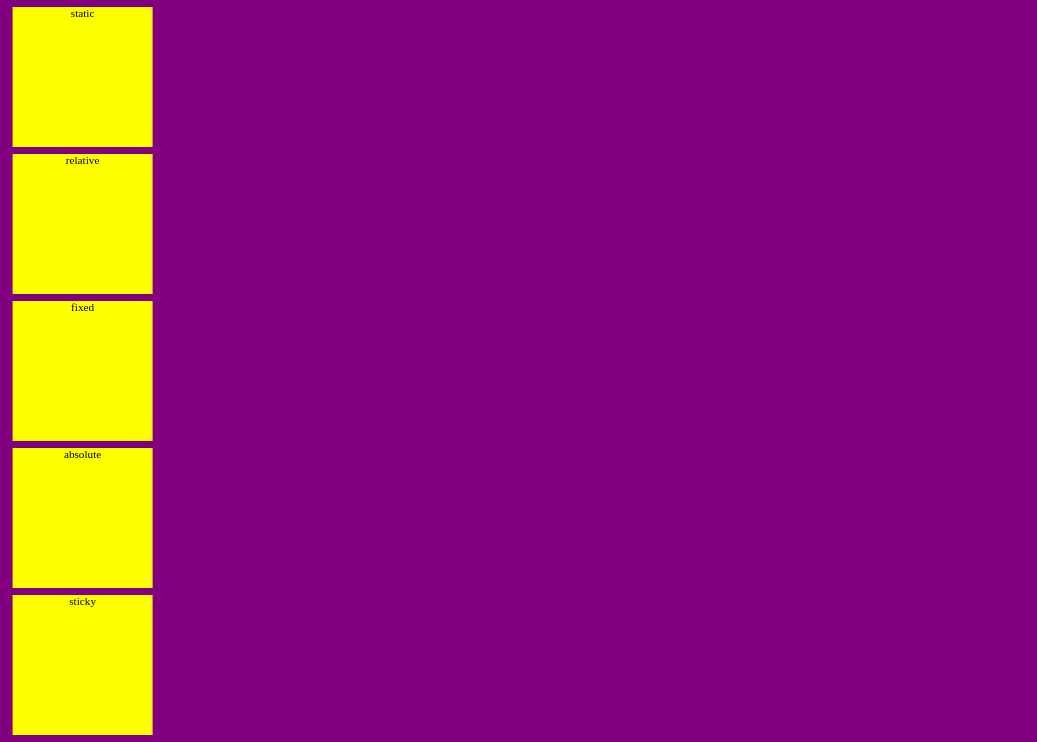
Repository: quenrythane/homepage
Page: CSS positions/CSS-positions.html
An editor plug-in stored every save of this project. The page is shown before and after the next save, followed by the edit.
The browser window is 1280 px wide. The page is 1280 px wide, then 1482 px, so the pictures cover 1482 px, including what lies to the right of the window. The pictures show the part of the page from y = 0 to 1640 px (the page is 1060 px tall before and 7380 px after), at 70% of full size.

Above is the page before, as saved 2020-10-10 14:10:16.

After the next save:
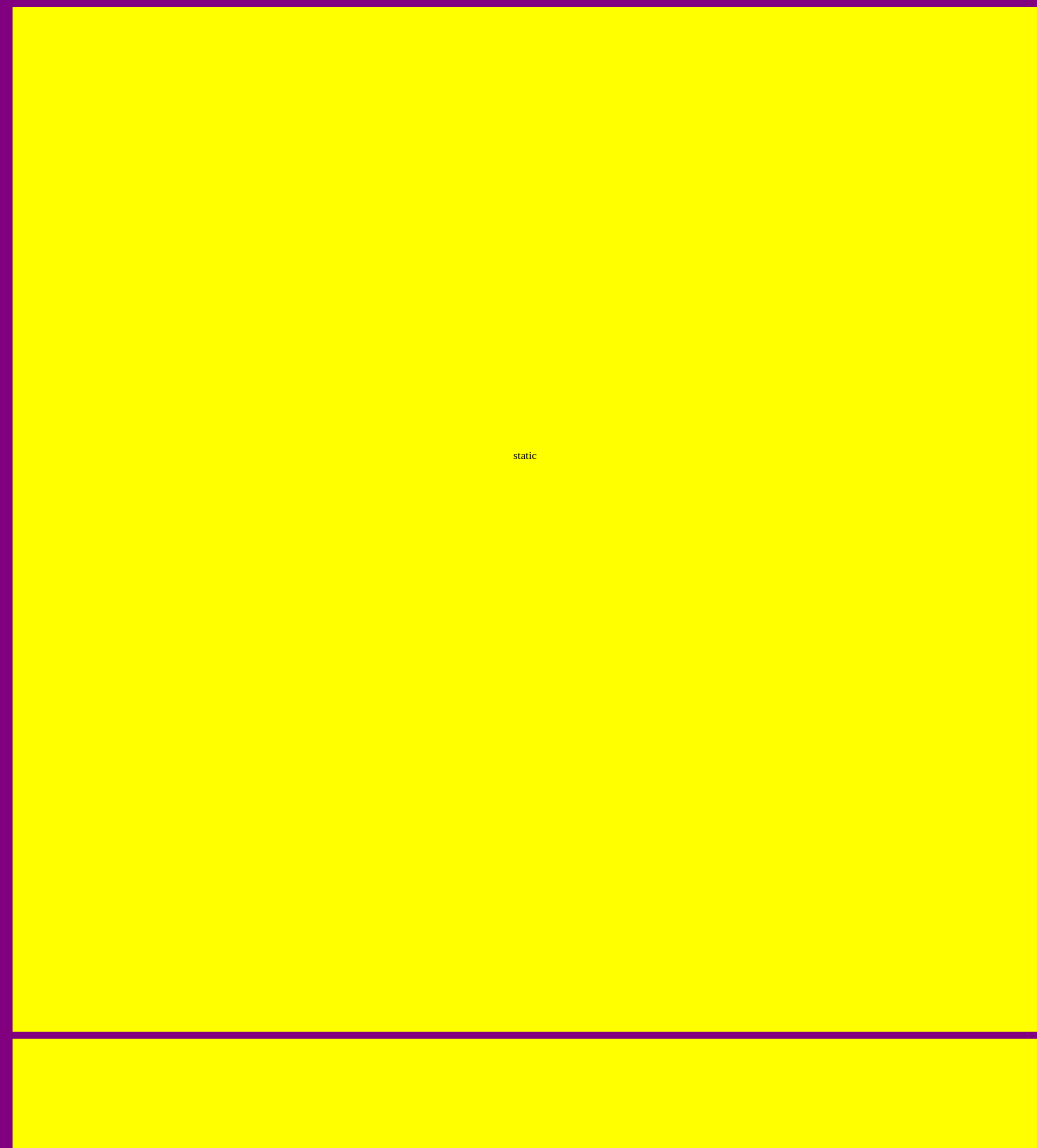
Saved 56 s later.
--- a/CSS positions/CSS-positions.css
+++ b/CSS positions/CSS-positions.css
@@ -9,4 +9,5 @@
     margin: 10px ;
     vertical-align: center;
     text-align: center;
+    padding: 50%;
 }
